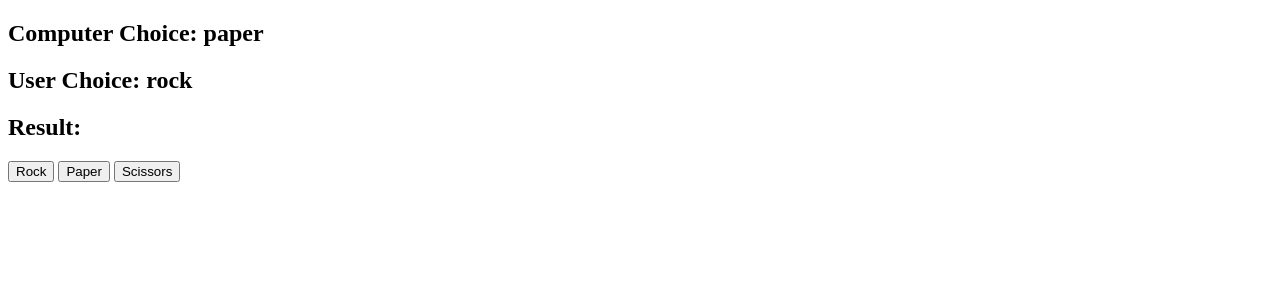
Repository: evemcd/aniakubow-tutorials
Page: rock-paper-scissors/index.html
The author's editor kept a copy of each file at every save. The page is drawn from the files as they stood at one save, then again after the next save.
The browser window is 1280 px wide. The pictures show the whole page.
After loading, the first visible `#rock` was clicked once.

Above is the page before, as saved 2023-07-25 09:40:44.

### rock-paper-scissors/index.html
<!DOCTYPE html>
<html lang="en" dir="ltr">

<head>
    <meta charset="UTF-8">
    <title>Rock Paper Scissors Tutorial</title>
</head>

<body>
    <h2>Computer Choice: <span id="computer-choice"></span></h2>
    <h2>User Choice: <span id="user-choice"></span></h2>
    <h2>Result: <span id="result"></span></h2>

    <button id="rock">Rock</button>
    <button id="paper">Paper</button>
    <button id="scissors">Scissors</button>




    <script src="app.js" charset="UTF-8"></script>
</body>

</html>

### rock-paper-scissors/app.js
const computerChoiceDisplay = document.getElementById('computer-choice');
const userChoiceDisplay = document.getElementById('user-choice');
const resultDisplay = document.getElementById('result');
const possibleChoices = document.querySelectorAll('button');
let userChoice;
let computerChoice
let result;

possibleChoices.forEach(possibleChoice => possibleChoice.addEventListener('click', (e) => {
    userChoice = e.target.id;
    userChoiceDisplay.innerHTML = userChoice;
    generateComputerChoice();
    getResult();
}))

function generateComputerChoice() {
    const randomNumber = Math.floor(Math.random() * possibleChoices.length) + 1;

    if (randomNumber === 1) {
        computerChoice = 'rock';
    }

    if (randomNumber === 2) {
        computerChoice = 'scissors';
    }

    if (randomNumber === 1) {
        computerChoice = 'paper';
    }

    computerChoiceDisplay.innerHTML = computerChoice;
}

function getResult() {

    if (computerChoice === userChoice) {
        result = "it's a draw";
    }

    if (computerChoice === 'rock' && userChoice === 'paper') {
        result = "you win";
    }

    if (computerChoice === 'paper' && userChoice === 'scissors') {
        result = "you win";
    }

    if (computerChoice === 'paper' && userChoice === 'rock') {
        result = "you lost";
    }

    if (computerChoice === 'scissors' && userChoice === 'rock') {
        result = "you win";
    }

    if (computerChoice === 'scissors' && userChoice === 'paper') {
        result = "you lost";
    }
    resultDisplay.innerHTML
}

After the next save:
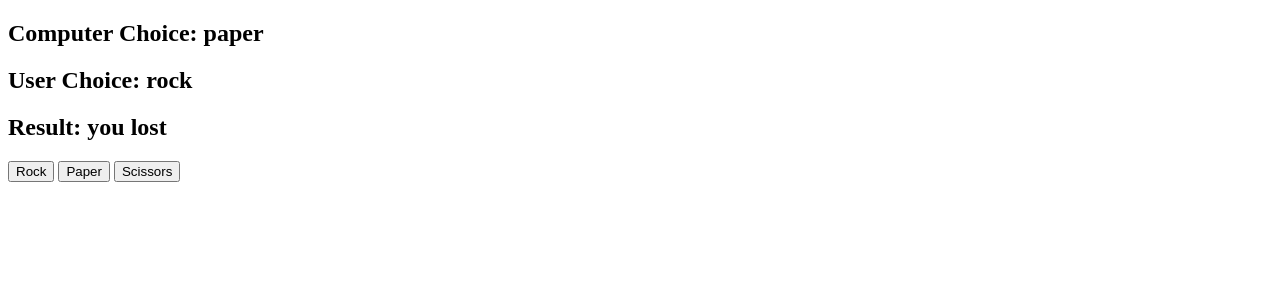
Saved 45 s later.
--- a/rock-paper-scissors/app.js
+++ b/rock-paper-scissors/app.js
@@ -41,6 +41,10 @@ function getResult() {
         result = "you win";
     }
 
+    if (computerChoice === 'rock' && userChoice === 'scissors') {
+        result = "you lose";
+    }
+
     if (computerChoice === 'paper' && userChoice === 'scissors') {
         result = "you win";
     }
@@ -56,5 +60,5 @@ function getResult() {
     if (computerChoice === 'scissors' && userChoice === 'paper') {
         result = "you lost";
     }
-    resultDisplay.innerHTML
+    resultDisplay.innerHTML = result;
 }
